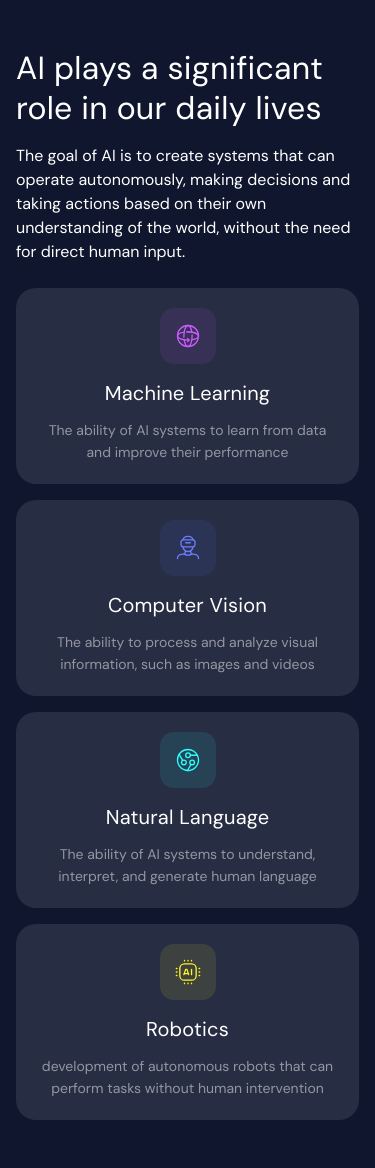
Repository: alphatra/INVO-Academy
Page: / (app in [lvl 1] Sekcja 4 obszarów AI/Starter-code/)
These files come from the project's save history. The page is drawn as it stood at one moment and after a run of saves; the edit follows.
The browser window is 375 px wide. The pictures show the whole page.
The project was rebuilt for these pictures with package versions that can differ from the ones it lists, and the page was loaded fresh each time.

Above is the page before, as saved 2023-03-24 14:57:16.

After the next 5 saves:
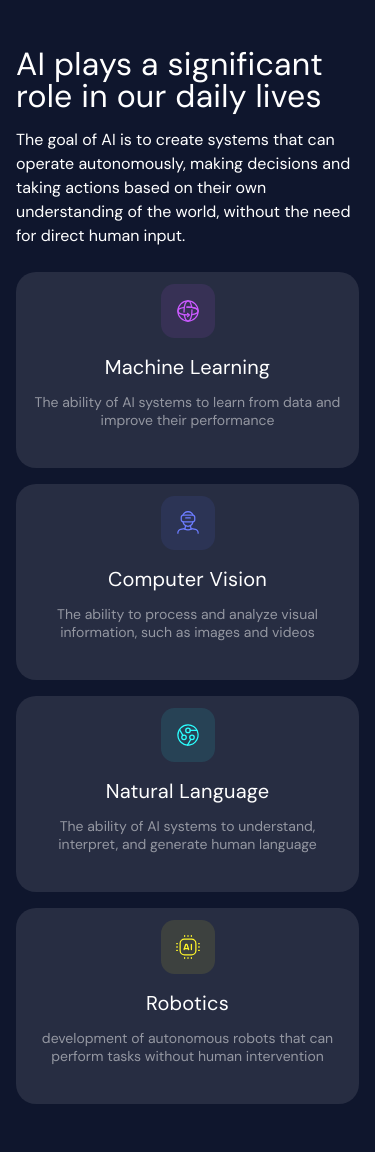
The 5 saves are shown as one change because they came seconds apart.
The last was saved 17 s later.
--- a/[lvl 1] Sekcja 4 obszarów AI/Starter-code/src/pages/home-page/styles/home-page.scss
+++ b/[lvl 1] Sekcja 4 obszarów AI/Starter-code/src/pages/home-page/styles/home-page.scss
@@ -181,8 +181,16 @@
     }
     @media only screen and (max-width: 375px){
         .hero{
+            max-width: 100%;
             margin: 48px auto;
-
+;
+            &__header{
+                max-width: 100%;
+            }
+            &__title{
+                line-height: 32px;
+
+            }
             &__description{
 
             }
@@ -192,5 +200,21 @@
                 gap: 1em;
                 grid-template-columns: repeat(1, 1fr);
             }
-        }
-    }
+            &__category{
+                border-radius: 20px;
+                padding: 12px 0;
+                width: 100%;
+                height: 160px;
+                &-image > img{
+                    width: 54px;
+                    height: 54px;
+                }
+                &-title{
+                }
+                &-description{
+                    line-height: 18px;
+                    padding: 0 16px;
+                }
+            }
+        }
+    }
